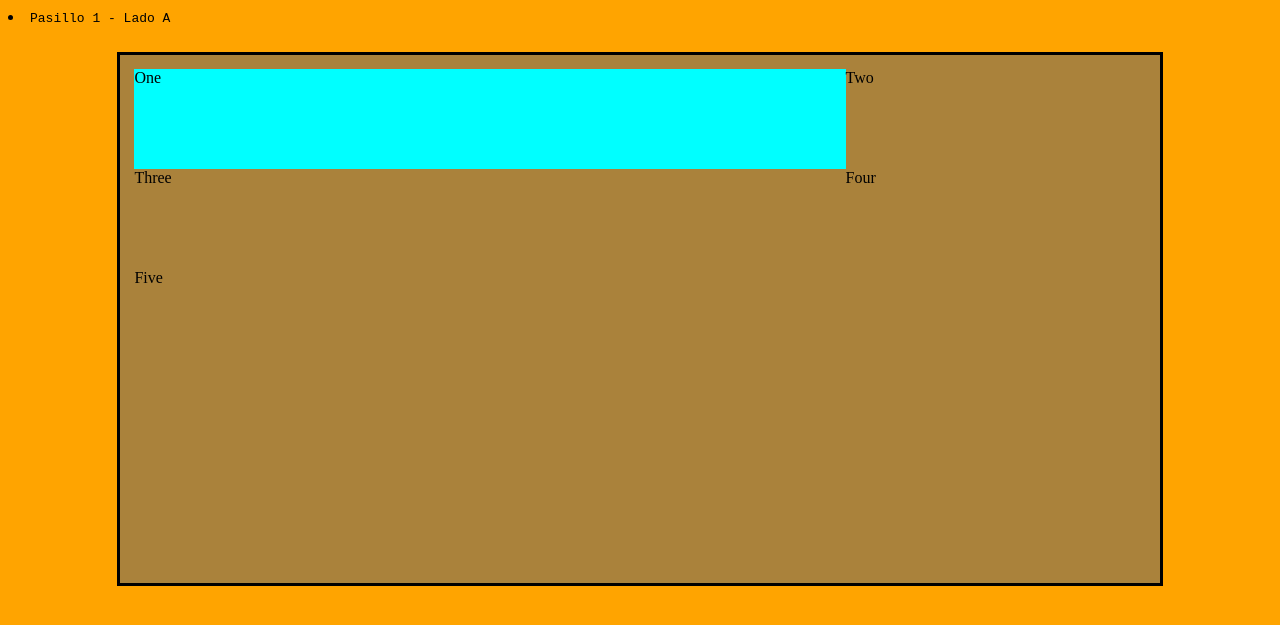
Repository: Franzcod/DepoStock_Web
Page: index.html
These files come from the project's save history. The page is drawn as it stood at one moment and after the next save; the edit follows.
The browser window is 1280 px wide. The pictures show the whole page.

Above is the page before, as saved 2020-06-07 02:04:57.
Console error: ReferenceError: ur is not defined

### index.html
<!DOCTYPE html>
<html lang="en">
<head>
    <meta charset="UTF-8">
    <meta name="viewport" content="width=device-width, initial-scale=1.0">
    <title>Deposito Probusol</title>

    <link rel="stylesheet" href="estilo/estilo.css">
</head>
<body>

    <li><code>Pasillo 1 - Lado A</code>
        <div id="div2">
            <div class="wrapper">
                <div class="box1">One</div>
                <div class="box2">Two</div>
                <div class="box3">Three</div>
                <div class="box4">Four</div>
                <div class="box5">Five</div>
            </div>
        </div>
    </li>







    <script>ur</script>

</body>







</html>

### estilo/estilo.css
html{
    background-color: rgba(255, 164, 0, 1);
}

#div2 {
    border: 3px solid black;
    width:  80%;
    height: 500px;
    margin: 2vw auto;
    padding: 2vh 2vh;
    background-color: rgba(105, 105, 105, 0.565);
}

#div2 { overflow-x: scroll;}


.wrapper {
    display: grid;
    grid-template-columns: repeat(1, 1fr);
    grid-auto-rows: 100px;
}

.box1 {
    grid-column-start: 1;
    grid-column-end: 1;
    grid-row-start: 1;
    grid-row-end: 1;
    background-color: aqua;
}

.box2 {
    grid-column-start: 2;
    grid-row-start: 1;
    grid-row-end: 1;
    width: 300px;
}

After the next save:
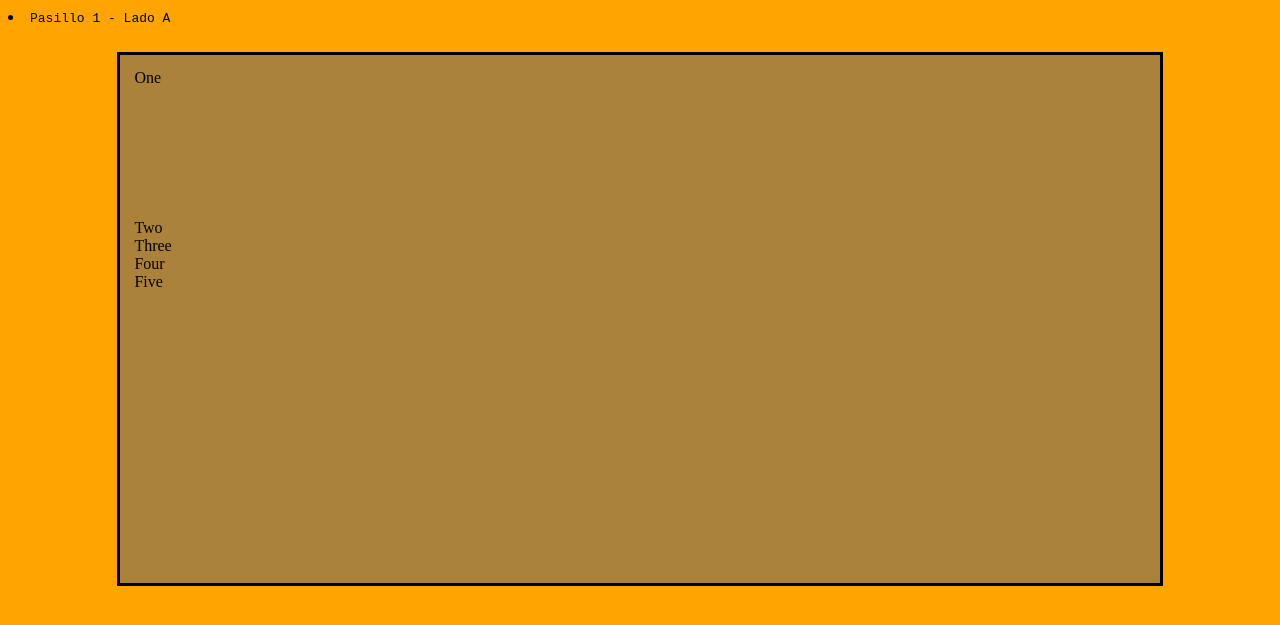
Saved 6 min 12 s later.
--- a/estilo/estilo.css
+++ b/estilo/estilo.css
@@ -16,21 +16,12 @@ html{
 
 .wrapper {
     display: grid;
-    grid-template-columns: repeat(1, 1fr);
-    grid-auto-rows: 100px;
+    grid-gap: calc(var(--gutter) / 2);
+    grid-template-columns: 10px repeat(var(--total), calc(50% - var(--gutter) * 2)) 10px;
+    grid-template-rows: minmax(150px, 1fr);
+
+    overflow-x: scroll;
+    scroll-snap-type: x proximity;
+    padding-bottom: calc(.75 * var(--gutter));
+    margin-bottom: calc(-.25 * var(--gutter));
 }
-
-.box1 {
-    grid-column-start: 1;
-    grid-column-end: 1;
-    grid-row-start: 1;
-    grid-row-end: 1;
-    background-color: aqua;
-}
-
-.box2 {
-    grid-column-start: 2;
-    grid-row-start: 1;
-    grid-row-end: 1;
-    width: 300px;
-}
